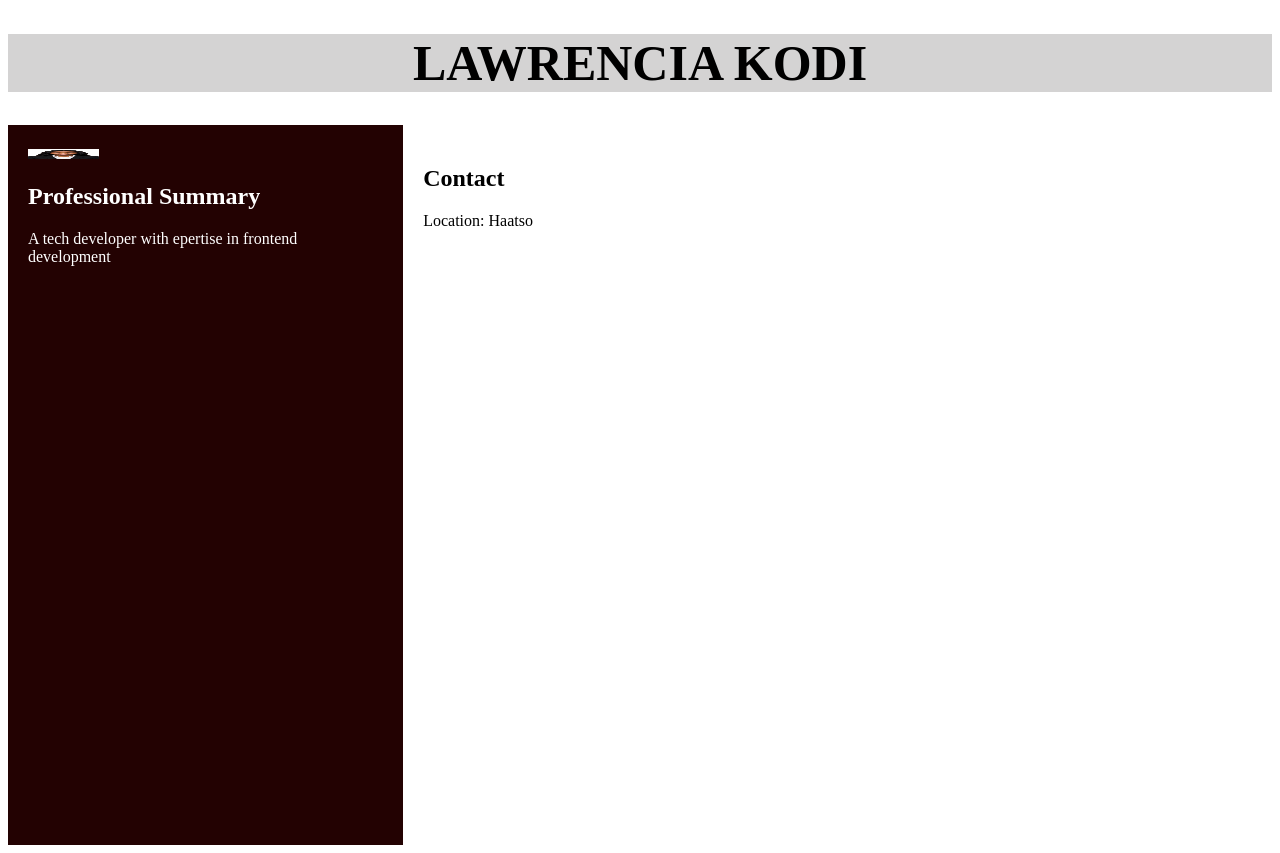
Repository: lawrencia-coder/T4G_CV
Page: index.html
An editor plug-in stored every save of this project. The page is shown before and after a run of saves, followed by the edit.
The browser window is 1280 px wide. The pictures show the whole page.
Some web libraries are served in a nearby version.

Above is the page before, as saved 2026-07-09 08:01:26.

After the next 2 saves:
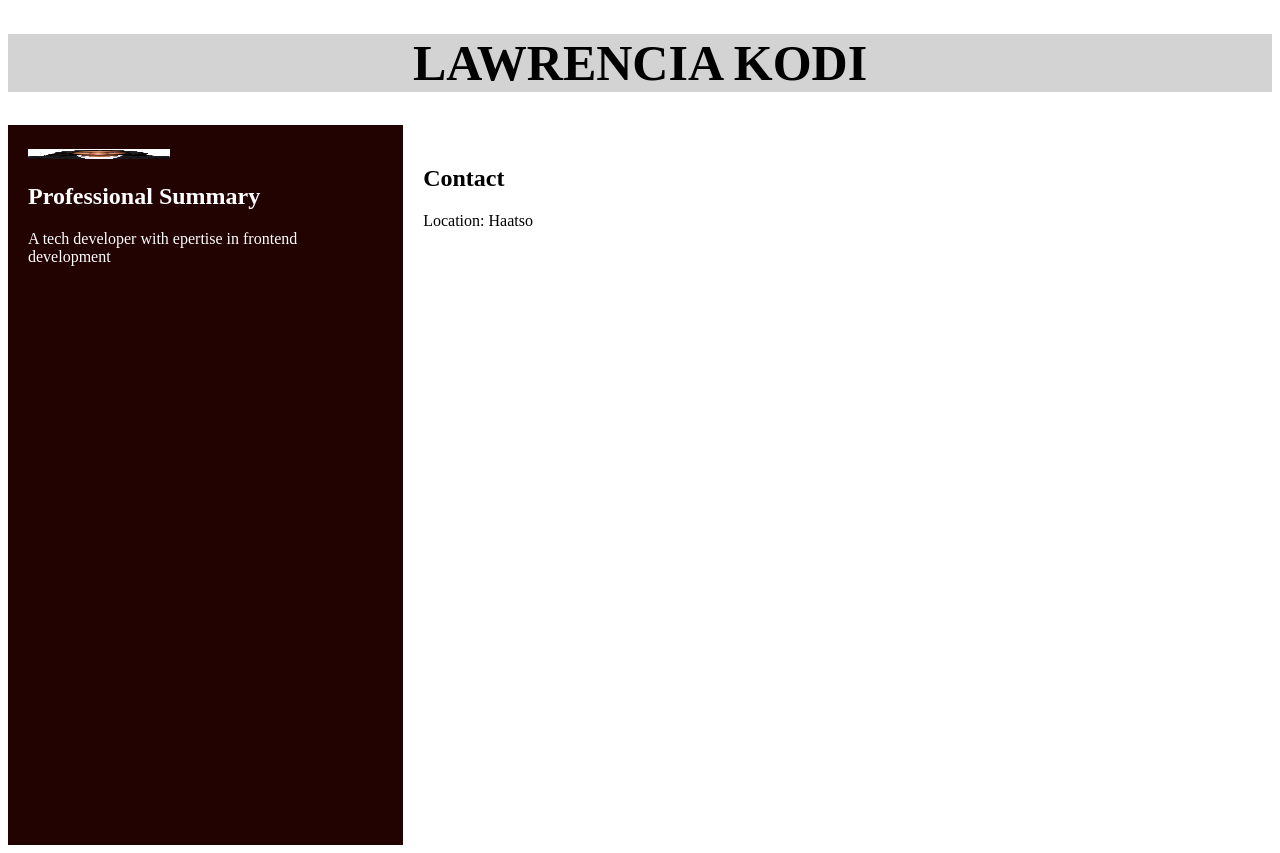
The 2 saves are shown as one change because they came seconds apart.
The last was saved 18 s later.
--- a/index.html
+++ b/index.html
@@ -11,7 +11,7 @@
     <h1>LAWRENCIA KODI</h1>
     <div class="cv-container">
         <div class="left-column">
-            <img src="images/passport pic 1.png" alt="" width="20%" height="10px">
+            <img src="images/passport pic 1.png" alt="" width="40%" height="10px">
             <h2>Professional Summary</h2>
               <p>A tech developer with epertise in frontend development</p>
         </div>
